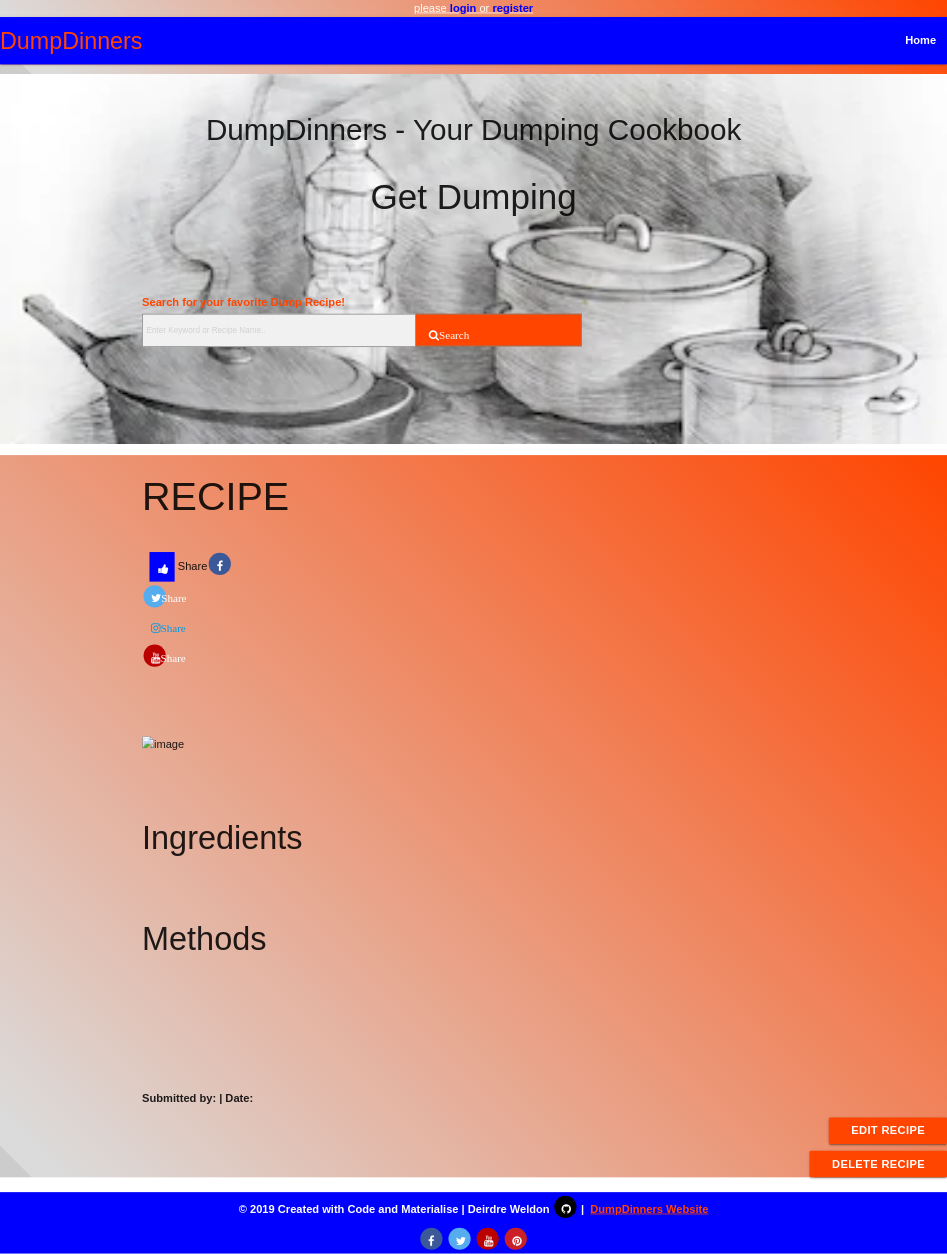
Repository: Deirdre18/dumpdinners-recipe-app
Page: templates/recipe.html
The author's editor kept a record of every edit. The page is drawn from the files as they stood at one moment, then again after the next edit.
The browser window is 1280 px wide. The pictures show the whole page, at 74% of full size.
Some web libraries are served in a nearby version. The page is served by the project's application, run on Flask 3 (app.py). The template is opened directly, without the code that normally fills it, so the values that code supplies are empty.

Above is the page before.

### templates/recipe.html
{% extends "base.html" %} {% block content %} {% with messages = get_flashed_messages() %} {% if messages %}
<strong class=flashes>


	{% for message in messages %}<br>
	{{ message }}</strong>
	{% endfor %}
</ul>
{% endif %} {% endwith %}

<div class="container recipe-container content-container">
	<!-- Recipe-->
	<section class="recipe">
		<div class="row">
			<div class="col s12 m12 l12">
				<div class="page-header">
					<h2 class="text-uppercase">RECIPE</h2>



					<!--rate recipe-->
				</div>
			</div>
		</div>



                <a href="{{ url_for('likes', recipe_id=recipe._id) }}"
                <button class="waves-effect waves-light btn-small" type="submit" style="background-color:blue; color: white; margin-left:10px" name=" action"><i class="fa fa-thumbs-up" aria-hidden="true"></i></a>
             	</button>
<!--http://www.sharelinkgenerator.com/-->

				Share<a href="https://www.facebook.com/sharer/sharer.php?u=" class="fa fa-facebook"></a><br>
				<a href="https://www.twitter.com/sharer/sharer.php?u=" class="fa fa-twitter">Share</a><br>
				<a href="https://www.instagram.com/sharer/sharer.php?u=" class="fa fa-instagram">Share</a><br>
				<a href="https://www.youtube.com/sharer/sharer.php?u=" class="fa fa-youtube">Share</a><br>



		</footer>
		<div class="row" style="text-align:center"></div>
		<h3><em>{{recipe.recipe_name}}</em></h3>

		<div row="recipe">

			<div class="col s12 m12 l12">
				<img src="{{ recipe.image }}" alt="image" height=300 width=285>

				<!--referred to https://stackoverflow.com/questions/41081380/white-space-pre-not-working-as-expected-->

				<div class="ingredients col s12 m6 l6" style="white-space:normal">
					<h3>Ingredients</h3>

					{{ recipe.ingredients }}
				</div>

				<div class="methods col s12 m6 l6" style="white-space:normal">
					<h3>Methods</h3>

					{{ recipe.methods }}

				</div>

				<p><strong>Submitted by:<strong>{{ recipe.username }} |  <strong>Date:</strong> {{recipe.date_added}}</p>




			</div>
		</div>

</div>



<!-- button for edit recipe -->


<!--Taken from Spence Barribal's code (student Code Institute).-->
{% if session['username'] == recipe.username %}
<div class="row float-right">
	<a href="{{ url_for('edit_recipe', recipe_id=recipe._id, username=username) }}" class="btn btn-secondary mr-3" style="background-color:orangered; float:right">Edit Recipe</a><br><br>
	<a href="{{ url_for('delete_recipe', recipe_id=recipe._id, username=username) }}" class="btn btn-danger" style="background-color:orangered; float: right">Delete Recipe</a>
</div>
{% endif %}




</div>
</div>
</div>
</div>
</div>
</div>
</div>


{% endblock %}

### templates/base.html
<!DOCTYPE html>
<html>

<head>
    <!--referred to this link for downloading bootstrap, as well as previous CI tutorials - https://forums.fedoraforum.org/showthread.php?314148-How-to-download-bootstrap-->

    <meta charset="UTF-8">
    <meta name="viewport" content="width=device-width, user-scalable=no, initial-scale=1.0, maximum-scale=1.0, minimum-scale=1.0">
    <meta http-equiv="X-UA-Compatible" content="ie=edge">
    <title>{{ title }} - DumpDinners</title>
    <link href="https://fonts.googleapis.com/icon?family=Material+Icons" rel="stylesheet">
    <link rel="stylesheet" href="https://cdnjs.cloudflare.com/ajax/libs/materialize/0.100.2/css/materialize.min.css">
    <link rel="stylesheet" href="{{url_for('static', filename='styles.css')}}" type="text/css" />

    <!--referred to this for favicon - https://www.flaticon.com/-->

    <link rel="icon" type="image/ico" href="/static/images/favicon.ico" />
    <link rel="stylesheet" href="https://cdnjs.cloudflare.com/ajax/libs/font-awesome/4.7.0/css/font-awesome.min.css">

    <style>
        body {
            font-family: Arial;
        }

        * {
            box-sizing: border-box;
        }

        form.example input[type=text] {
            padding: 5px;
            font-size: 11px;
            border: 1px solid grey;
            float: left;
            width: 4%;
            height: 1%;
            background: #f1f1f1;
        }

        form.example button {
            float: left;
            width: 2%;
            height: 2%;
            padding: 5px;
            background: #2196F3;
            color: white;
            font-size: 11px;
            border: 1px solid grey;
            border-left: none;
            cursor: pointer;
        }

        form.example button:hover {
            background: #0b7dda;
        }

        form.example::after {
            content: "";
            clear: both;
            display: table;
        }
    </style>



</head>

<body>

    <style scoped>
        .pattern {
            min-height: 100px;
        }

        #stripes4 {

            background-image: repeating-linear-gradient(45deg, #ccc, #ccc 30px, #dbdbdb 30px, #dbdbdb 60px, orangered);

        }
    </style>

    <!--to give background gradient color, referred to https://www.quackit.com/css/codes/patterns/css_background_stripes.cfm-->

    <div id="stripes4" class="pattern">


        <!--referred to code from Spence Barribal's github project for username in session below (Student at Code Institute).-->

        {% if 'username' in session %}
        <div class="text-light font-italic bg-dark pt-2 pr-4" style="text-align:center; color:blue"><strong>welcome back, {{ session['username'] }}</strong>
        </div>

        <!--Referred to stack overflow article on centering anchors.-->

        <div class="display:block; text-align: center">
            <a href="{{ url_for('add_recipe') }}" <button class="btn waves-effect waves-light" type="submit" style="background-color:orangered" name="action">Add Recipe
                <i class="material-icons right">playlist_add</i>
             </button></div></a>



        <div class="display:block; text-align: center">
            <a href="{{ url_for( 'logout') }}" style="text-decoration:underline; color:blue; text-align:center,color:blue"><strong>Logout</strong></a>
        </div>

        <div class="display:block; text-align: center">
            <a href="{{ url_for( 'allrecipes') }}" style="text-decoration:underline;color:blue; text-align:center"><strong>Home</strong></a>

        </div>

        {% else %}

        <div class="login" style="text-align:center;text-decoration:underline; color:white">please<a href="{{ url_for('login') }}" style="color:blue"><strong> login</a></strong> or <a href="{{ url_for('register') }}" style="color:blue"><strong> register</strong></a>
        </div>
        {% endif %}

        <nav>
            <div class="nav-wrapper">
                <a class="brand-logo" style="color:orangered">DumpDinners</a>
                <a href="#" data-activates="mobile-demo" class="button-collapse"><i class="material-icons">menu</i></a>
                <ul id="nav-mobile" class="right hide-on-med-and-down">

                    {% if 'username' not in session %}

                    <li class="nav-item">
                        <a href="{{ url_for('index') }}" style="color:white"><strong>Home</a></strong>
                    </li>


                    {% endif %}

                </ul>
            </div>

        </nav>
        <!--referred to https://www.w3schools.com/howto/howto_css_search_button.asp-->

        {% if 'username' in session %}
        <ul class="sidenav" id="mobile-demo">
            <li class="nav-item">
                <a href="{{ url_for('allrecipes') }}" style="color:orangered;text-decoration:underline"><strong>Home</strong></a>
            </li>
            {% endif %}


        </ul>
    </div>

    <div id="index-banner" class="parallax-container">
        <div class="section no-pad-bot">
            <div class="container">

                <div class="parallax">
                    <img src="{{ url_for('static', filename='uploads/' + 'still-life.jpg') }}">
                </div>

                <h2 class="header center" class="header"><small>DumpDinners - Your Dumping Cookbook</small></h2>

                <h1 class="header center" class="header"><small>Get Dumping</small></h1>
                <br><br><br>


                <!--/*referred to https://www.w3schools.com/howto/howto_css_search_button.asp*/-->

                <div class="search-container">

                    <h6 class="lead-search" style="color:orangered; text-align:left"><strong>Search for your favorite Dump Recipe!</strong></h6>
                    <form class="example" action="{{ url_for('search') }}">
                        <input type="text" placeholder="Enter Keyword or Recipe Name.." required name="query" style="margin-top:1px; width:40%; height:3em !important; color:black">
                        <div id="search">
                            <button type="submit" style="margin-top:1px; width:25%; height:4em !important; background-color:orangered"><i class="fa fa-search" style="font-size:15px;float:left">Search</i></button>
                        </div>
                    </form>
                </div>


            </div>
        </div>
        <!--Referred to this link for adding photos dynamically. https://stackoverflow.com/questions/40877272/jinja2-not-displaying-the-images-->


    </div>

    <div id="stripes4" class="pattern">
        {% block content %}{% endblock %}
    </div>

    <script src="https://ajax.googleapis.com/ajax/libs/jquery/3.4.1/jquery.min.js"></script>


    <script src="https://cdnjs.cloudflare.com/ajax/libs/jquery/3.2.1/jquery.min.js"></script>

    <script src="https://cdnjs.cloudflare.com/ajax/libs/materialize/0.100.2/js/materialize.min.js"></script>



    <script type="text/javascript">
        $(document).ready(function() {
            $(".button-collapse").sideNav();
        });
    </script>

    <script type="text/javascript">
        $('.datepicker').pickadate({
            selectMonths: true, // Creates a dropdown to control month
            selectYears: 15, // Creates a dropdown of 15 years to control year,
            today: 'Today',
            clear: 'Clear',
            close: 'Ok',
            closeOnSelect: false // Close upon selecting a date,
        });
    </script>


    <script>
        $(document).ready(function() {
            $('.parallax').parallax();
        });
    </script>

    <!-- jquery to activate buttons -->

    <script type="text/javascript">
        $(document).ready(function() {
            $('.collapsible').collapsible();
            $('select').material_select();
        });
    </script>



    <!--to create footer referred to https://www.w3schools.com/howto/tryit.asp?filename=tryhow_css_fixed_footer. For flexible footer referred to https://materializecss.com/footer.html-->
    <!--decided to make footer fixed rather than flexible-->





    <style>
        .footer {
            margin-top: 1px;
            display: fixed;
            min-height: 3vh;
            flex-direction: column;
            text-align: center;
            background-color: blue;
            color: white;
        }

        main {
            flex: 1 0 auto;
        }

        .container {
            margin-top: 15px;
            margin-bottom: 3px;
        }
    </style>



    <style>
        .fa {
            padding: 10px;
            font-size: 15px;
            width: 30px;
            text-decoration: none;
            margin: 5px 2px;
            border-radius: 50%;
            height: 30px;
        }

        .fa:hover {
            opacity: 0.7;

        }

        .fa-facebook {
            background: #3B5998;
            color: white;
            text-align: center;
        }

        .fa-twitter {
            background: #55ACEE;
            color: white;
            text-align: center;
        }


        .fa-youtube {
            background: #bb0000;
            color: white;
            text-align: center;
        }

        .fa-pinterest {
            background: #cb2027;
            color: white;
            text-align: center;
        }

        .fa-github {
            background: black;
            color: white;
            text-align: center;
            font-size:15px;


        }

        strong {
            font-weight: bold;
        }
    </style>



    <div class="footer">

        <div class="container">
            <!--created blank spaces, referred to https://www.computerhope.com/jargon/n/nbsp.htm-->
            © 2019 Created with Code and Materialise&nbsp| Deirdre Weldon <a href="https://github.com/Deirdre18" class="fa fa-github"></a> |&nbsp
            <a href="https://dumpdinners-recipe-app.herokuapp.com/" style="color:orangered; text-decoration: underline">DumpDinners Website
        </div>

        <!--for social media icons and styles referred to https://www.w3schools.com/howto/howto_css_social_media_buttons.asp    -->



        <!-- Add font awesome icons -->
        <a href="https://www.facebook.com/" class="fa fa-facebook"></a>
            <a href="https://www.twitter.com/" class="fa fa-twitter"></a>
            <a href="https://www.youtube.com/" class="fa fa-youtube"></a>
            <a href="https://www.pinterest.com/" class="fa fa-pinterest"></a>


            </footer>
</body>

</html>

### app.py
import os
import re
from flask import Flask, render_template, redirect, request, url_for, session, flash
import json
from flask_pymongo import PyMongo
import pymongo
from pymongo import MongoClient
from bson.objectid import ObjectId


from werkzeug.security import generate_password_hash, check_password_hash


app = Flask(__name__)

app.secret_key = "randomstring123"



if app.config['DEBUG'] == True:
    from config import dbconfig
    app.config["MONGO_DBNAME"] = 'dumpdinners'
    app.config["MONGO_URI"] = dbconfig()
else:
    app.config['MONGO_URI'] = os.environ.get("MONGO_URI")
    app.config['MONGO_DBNAME'] = os.environ.get("MONGO_DBNAME")

mongo = PyMongo(app)


@app.route('/')
@app.route('/index')
def index():
    """Home page the gets 4 recipes from DB that have been viewed the most"""
    four_recipes = mongo.db.recipes.find().limit(4)
    return render_template('allrecipes1.html', recipes=four_recipes)

@app.route('/allrecipes')
def allrecipes():
    recipes = mongo.db.recipes.find()
    return render_template('allrecipes.html', recipes=recipes)

@app.route('/allrecipes1')
def allrecipes1():
    recipes = mongo.db.recipes.find()
    four_recipes = mongo.db.recipes.find().limit(4)
    return render_template('allrecipes1.html', recipes=four_recipes)

@app.route('/add_recipe')
def add_recipe():
    recipes = mongo.db.recipes.find()
    return render_template('addrecipe.html',
        recipes=mongo.db.categories.find())



@app.route('/insert_recipe', methods=['POST'])
def insert_recipe():
    recipes = mongo.db.recipes
    recipes.insert_one(request.form.to_dict())
    flash ("Thank you, your recipe has been inserted!")
    return render_template('recipe.html', recipe=recipe)




@app.route('/edit_recipe/<recipe_id>', methods=['GET', 'POST'])
def edit_recipe(recipe_id):
    """Allows logged in user to edit their own recipes"""
    recipe_db = mongo.db.recipes.find_one_or_404({'_id': ObjectId(recipe_id)})
    all_categories =  mongo.db.categories.find()
    if request.method == 'GET':

        return render_template('editrecipe.html', recipe=recipe_db, categories=all_categories)


# referred to this article for advice on 'views' - https://stackoverflow.com/questions/5782311/mongodb-inc-embedded-value-syntax

@app.route('/update_recipe/<recipe_id>', methods=["POST"])
def update_recipe(recipe_id):
    recipes = mongo.db.recipes
    recipes.update( {'_id': ObjectId(recipe_id)},
    {
        '$set': {

        'recipe_name':request.form.get('recipe_name'),
        'ingredients':request.form.get('ingredients'),
        'image': request.form.get('image'),
        'category_name': request.form.get('category_name'),
        'username': request.form.get('username'),
        'methods': request.form.get('methods'),
        'short_description': request.form.get('short_description'),
        'date_added': request.form.get('date_added'),
        'is_vegetarian': request.form.get('is_vegetarian'),
        'views':1,
        'likes':1
        }
    })
    return redirect(url_for('allrecipes'))




@app.route('/delete_recipe/<recipe_id>')
def delete_recipe(recipe_id):
    mongo.db.recipes.remove({'_id': ObjectId(recipe_id)})
    return redirect(url_for('allrecipes'))

@app.route('/search')
def search():
    """Provides logic for search bar"""
    orig_query = request.args['query']
    # using regular expression setting option for any case
    query = {'$regex': re.compile('.*{}.*'.format(orig_query)), '$options': 'i'}
    # find instances of the entered word in title, tags or ingredients
    results = mongo.db.recipes.find({
        '$or': [
            {'recipe_name': query},
            {'ingredients': query},
            {'recipe_name': query}
        ]
    })
    return render_template('search.html', query=orig_query, results=results)


@app.route('/recipe/<recipe_id>')
def recipe(recipe_id):

    """Shows full recipe and increments view"""
    mongo.db.recipes.find_one_and_update(
        {'_id': ObjectId(recipe_id)},
        { '$inc': { 'views': 1}}



    )
    recipe_db = mongo.db.recipes.find_one_or_404({'_id': ObjectId(recipe_id)})
    return render_template('recipe.html', recipe=recipe_db)

# routing for likes

@app.route('/likes/<recipe_id>')
def likes(recipe_id):

    """Shows full recipe and increments view"""
    mongo.db.recipes.find_one_and_update(
        {'_id': ObjectId(recipe_id)},
        { '$inc': { 'likes': 1}}



    )
    recipe_db = mongo.db.recipes.find_one_or_404({'_id': ObjectId(recipe_id)})
    return redirect(url_for('allrecipes1'))

# routing for shares

@app.route('/shares/<recipe_id>')
def shares(recipe_id):

    """Shows full recipe and increments view"""
    mongo.db.recipes.find_one_and_update(
        {'_id': ObjectId(recipe_id)},
        { '$inc': { 'shares': 1}}



    )
    recipe_db = mongo.db.recipes.find_one_or_404({'_id': ObjectId(recipe_id)})
    return redirect(url_for('allrecipes1'))



#Copied routing for login from Deborah Thompson, student at Code Institute for login routing - #https://github.com/debbiect246/recipe-app#


@app.route('/login', methods=["GET","POST"])
def login():
    if request.method == 'POST':
        login_user = mongo.db.register.find_one({'username': request.form['username']})
        form = request.form
        if login_user:
            if(form["password"] == login_user["password"]): # if password correct
                session['username'] = login_user["username"]
                return redirect(url_for('allrecipes',register_id = login_user["_id"]))
            else: # and if password is not correct
               flash("Incorrect password, please try again or register")
        else:# if user does not exist
            flash("User does not exist")
            return redirect(url_for('register'))
    return render_template('login.html')


#Copied routing for register from Deborah Thompson, student at Code Institute for login routing - #https://github.com/debbiect246/recipe-app#

@app.route('/register', methods=['POST','GET'])
def register():
    if request.method == 'POST':
        register = mongo.db.register
        register_id = register.insert_one(request.form.to_dict())
        # print(register)
        object_id = register_id.inserted_id
        flash("Thank you for registering, please login to view more recipes and add your own!")
        return redirect(url_for('login'))
    return render_template('register.html')




#Copied routing for allrecipeslist from Deborah Thompson, student at Code Institute for login routing - #https://github.com/debbiect246/recipe-app#


@app.route('/logout')
def logout():
    """Clears session and redirects to home"""

    session.clear()
    flash ("Thank you, hope to see you again soon!")
    return redirect(url_for('login'))




if __name__ == '__main__':
    app.run(host=os.environ.get('IP'),
        port=int(os.environ.get('PORT')))

### static/styles.css
.card-body {
    width: 75%;
    margin-left: 0;
    left: auto;
    right: auto;
    white-space: pre-wrap;
}

#search [type="search"] [name="query"]
{
     height: 30px;
     width: 50px;
}


h3 {margin-top: 10%}

.main { margin-top: 20px;}

.card-image {width:25%;}

h5 .lead-search {margin-bottom: 0}

p .heading {margin-top: 30%;}


.card-image {white-space: pre-wrap;
            margin-bottom: -80px;
}


h1 {text-align: center;
    margin-top: 20px;

}

p {margin-top: 20%;}



.nav-wrapper {background-color: blue;}

#Add {color: indigo;
}

#View {color: indigo;
}

.brand-logo{text-align:left;}

.btn_small {
    height: 24px;
    width: 60px;
    line-height: 24px;
    margin: 5px 5px;
    padding: 0 0.5em;
}

After the next edit:
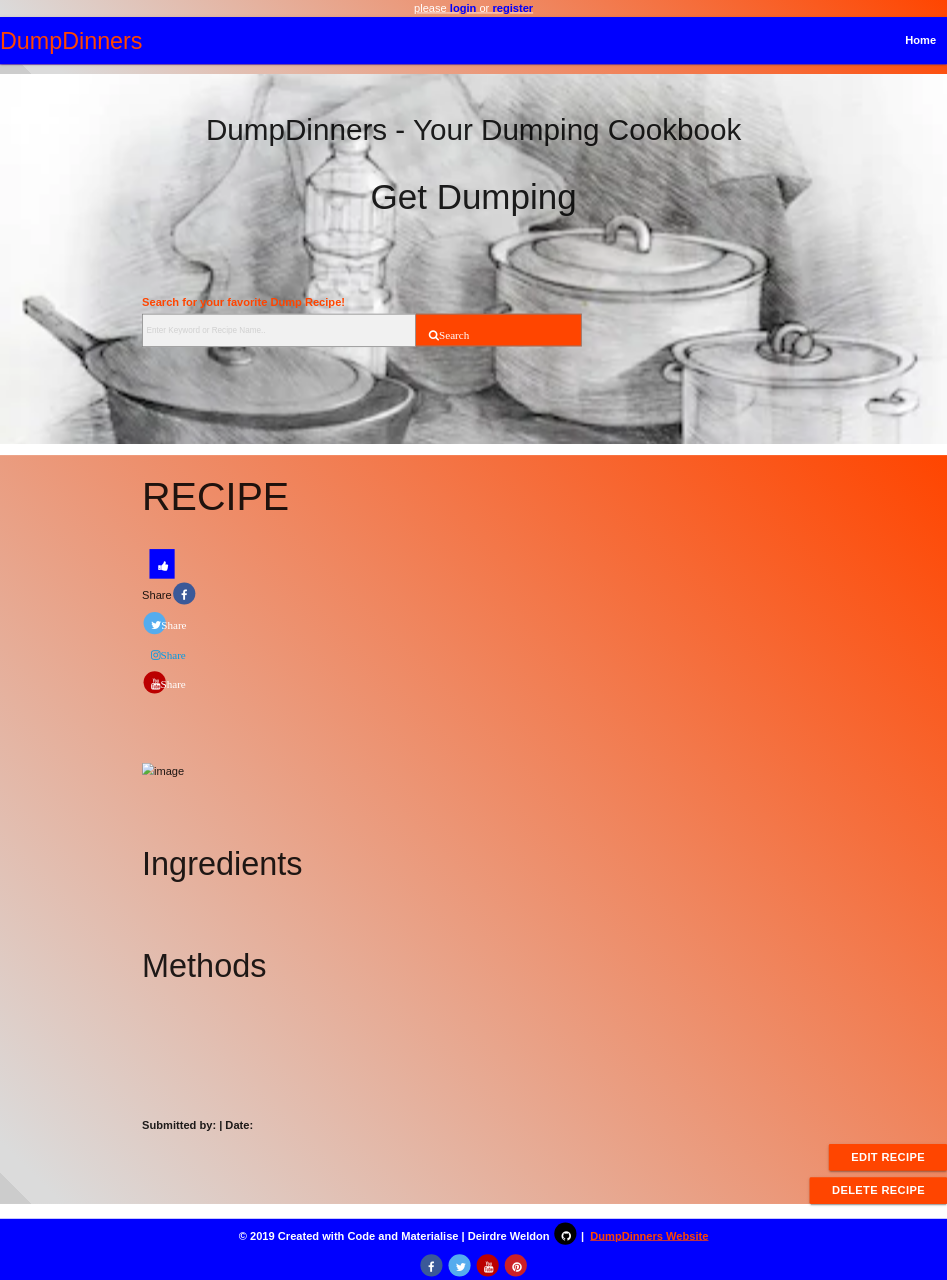
The edit:
--- a/templates/recipe.html
+++ b/templates/recipe.html
@@ -27,7 +27,7 @@
 
                 <a href="{{ url_for('likes', recipe_id=recipe._id) }}"
                 <button class="waves-effect waves-light btn-small" type="submit" style="background-color:blue; color: white; margin-left:10px" name=" action"><i class="fa fa-thumbs-up" aria-hidden="true"></i></a>
-             	</button>
+             	</button><br>
 <!--http://www.sharelinkgenerator.com/-->
 
 				Share<a href="https://www.facebook.com/sharer/sharer.php?u=" class="fa fa-facebook"></a><br>
